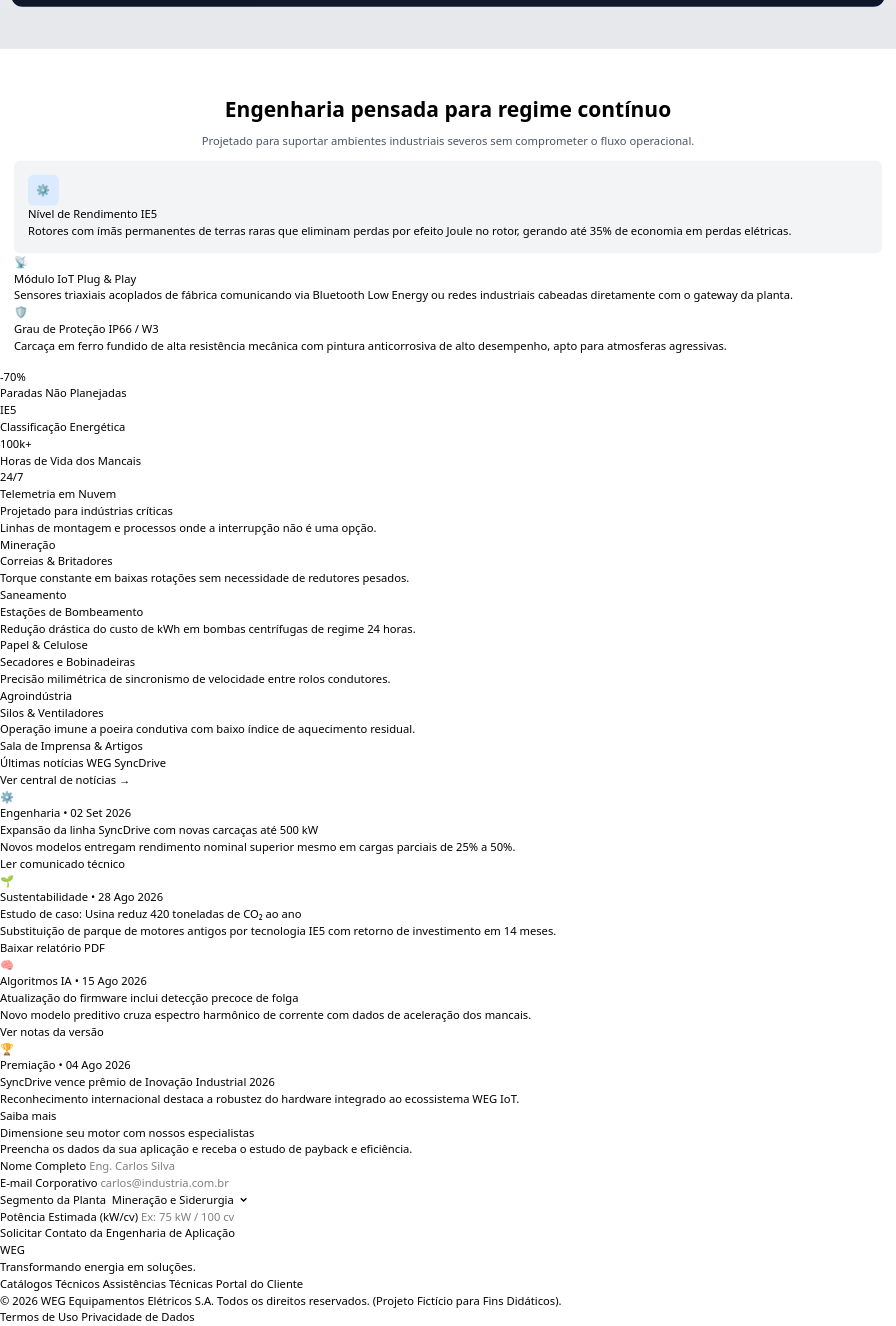
Repository: camilewng/Exercicio-Tailwind
Page: index.html
The author's editor kept a copy of each file at every save. The page is drawn from the files as they stood at one save, then again after a run of saves.
The browser window is 1280 px wide. The pictures show the part of the page from y = 934 to 2854 px (the page is 2828 px tall before and 2872 px after), at 70% of full size.

Above is the page before, as saved 2026-09-08 21:19:09.

### index.html
<!DOCTYPE html>
<html lang="pt-BR">
<head>
  <meta charset="UTF-8">
  <meta name="viewport" content="width=device-width, initial-scale=1.0">
  <title>WEG SyncDrive IoT - Exercício Tailwind CSS</title>
  <script src="https://cdn.jsdelivr.net/npm/@tailwindcss/browser@4"></script>
</head>
<body>

  <!-- ==========================================
       1. HEADER / NAVBAR
       Desafio:
       - Fixar no topo (sticky top-0) com fundo translúcido/blur.
       - Logo WEG em destaque com fundo azul industrial.
       - Menu oculto em telas pequenas e visível em lg:.
  =========================================== -->
  <header>
    <div class="flex flex-row justify-between border-b border-gray-300 mb-15">
      <div class="flex">
        <div class="bg-blue-600 text-white text-2xl font-black w-20 h-10 text-center pt-0.75 rounded-sm m-3">
          WEG
        </div>
        <div class="flex flex-col border-l-2 border-gray-300 h-10 pl-2 mt-3">
          <span class="font-bold">SyncDrive</span>
          <span class="text-blue-600 uppercase font-medium text-xs">Industrial IoT</span>
        </div>
      </div>

      <nav class="hidden">
        <a href="#solucao">A Solução</a>
        <a href="#recursos">Tecnologia</a>
        <a href="#metricas">Performance</a>
        <a href="#aplicacoes">Aplicações</a>
        <a href="#novidades">Notícias</a>
      </nav>

      <div class="flex">
        <a href="#contato" class="hidden">Falar com Consultor</a>
        <a href="#contato" class="bg-blue-600 text-white px-4 py-2 mr-3 mt-3 mb-3 rounded-sm font-medium">
          Especificar Motor
        </a>
      </div>
    </div>
  </header>

  <main >
    <!-- ==========================================
         2. HERO SECTION
         Desafio:
         - Layout em grid de 2 colunas no desktop (texto + painel de telemetria).
         - Centralizado no mobile, alinhado à esquerda em lg:.
         - Estilizar o card escuro de telemetria com badges e status.
    =========================================== -->
    <section id="solucao" class="bg-gradient-to-t from-gray-200 to-white pb-15" >
      <div>
      <div >
        <div>

          <!-- Coluna 1: Conteúdo Textual -->
          <div class="flex flex-col">
            <span class="bg-blue-50 border border-blue-300 uppercase text-sm text-blue-600
                         font-semibold p-1 px-3 rounded-4xl flex mx-11 mb-6">
              Indústria 4.0 & Manutenção Preditiva
            </span>
            <h1 class="font-black text-3xl text-center w-85 mx-8 mb-6 leading-9">WEG SyncDrive: Confiabilidade extrema com inteligência preditiva.</h1>
            <p class="text-gray-600 text-center mx-2 mb-6">
              O motor elétrico síncrono que combina rendimento ultra-premium (IE5), sensoriamento integrado de vibração e temperatura e conectividade instantânea com a nuvem WEG IoT.
            </p>
            <div class="flex flex-col">
              <a href="#contato" class="bg-blue-600 mx-4 text-white flex justify-center font-medium py-3 rounded-sm mb-3">
                Solicitar Folha de Dados
              </a>
              <a href="#recursos" class="border border-gray-300 text-gray-700 font-semibold flex justify-center mx-4 py-3 rounded-sm bg-white mb-10">
                Conhecer a Arquitetura
              </a>
            </div>
          </div>

          <!-- Coluna 2: Card de Telemetria IoT -->
          <div class="bg-slate-900 text-white mx-4 rounded-2xl p-7 ">
            <div>
              <div class="flex justify-between border-b border-gray-600 mb-3">
                <span class="text-blue-400 text-sm mb-4">NODE_ID: WEG-MTR-8842</span>
                <div>
                  <span></span>
                  <span class="flex text-sm text-gray-400">Online 60Hz</span>
                </div>
              </div>

              <div>
                <div class="bg-slate-800 p-3 rounded-lg mb-4">
                  <span  class="text-sm text-gray-400">Eficiência Energética</span>
                  <div class="font-bold text-2xl">96.8% <span class="text-green-300 font-normal text-sm">(Padrão IE5)</span></div>
                </div>

                <div class="flex flex-row gap-4">
                  <div class="bg-slate-800 p-4 rounded-lg mb-4">
                    <span class="text-gray-400 text-sm">Vibração RMS</span>
                    <div class="font-semibold text-xl pb-2 pr-5">0.82 mm/s</div>
                    <span class="text-green-300 text-xs">✓ Faixa Ideal ISO</span>
                  </div>
                  <div class="bg-slate-800 p-4 rounded-lg mb-4">
                    <span class="text-gray-400 text-sm" >Temp. Mancal</span>
                    <div class="font-semibold text-xl pr-13 pb-2">62.4 °C</div>
                    <span class="text-blue-400 text-xs">Normal (PT100)</span>
                  </div>
                </div>

                <div class="bg-blue-950 text-xs px-3 py-3 text-blue-200/90 rounded-lg border border-blue-500/30">
                  ⚡ Previsão de manutenção: operação normal pelos próximos 12 meses.
                </div>
              </div>
            </div>
          </div>

        </div>
      </div>
    </section>

    <!-- ==========================================
         3. RECURSOS / ESPECIFICAÇÕES TÉCNICAS
         Desafio:
         - Grid responsivo de 3 colunas (1 col mobile, 3 cols desktop).
         - Efeito hover nos cards com transição suave de borda ou sombra.
    =========================================== -->
    <section id="recursos" class="p-5">
      <div>
        <div>
          <h2 class="font-black text-3xl text-center mt-12 mb-4">Engenharia pensada para regime contínuo</h2>
          <p class="text-gray-600 text-center mb-4">Projetado para suportar ambientes industriais severos sem comprometer o fluxo operacional.</p>
        </div>

        <div>
          <article class="bg-gray-100 p-5 rounded-lg">
            <div class="flex justify-center items-center bg-blue-100 w-11 h-11 rounded-lg">⚙️</div>
            <h3>Nível de Rendimento IE5</h3>
            <p>Rotores com ímãs permanentes de terras raras que eliminam perdas por efeito Joule no rotor, gerando até 35% de economia em perdas elétricas.</p>
          </article>

          <article>
            <div>📡</div>
            <h3>Módulo IoT Plug & Play</h3>
            <p>Sensores triaxiais acoplados de fábrica comunicando via Bluetooth Low Energy ou redes industriais cabeadas diretamente com o gateway da planta.</p>
          </article>

          <article>
            <div>🛡️</div>
            <h3>Grau de Proteção IP66 / W3</h3>
            <p>Carcaça em ferro fundido de alta resistência mecânica com pintura anticorrosiva de alto desempenho, apto para atmosferas agressivas.</p>
          </article>
        </div>
      </div>
    </section>

    <!-- ==========================================
         4. MÉTRICAS / NÚMEROS INDUSTRIAIS
         Desafio:
         - Seção de alto contraste (fundo escuro slate-900).
         - Grid de 2 colunas no mobile e 4 colunas em telas maiores.
    =========================================== -->
    <section id="metricas">
      <div>
        <div>
          <div>
            <div>-70%</div>
            <div>Paradas Não Planejadas</div>
          </div>
          <div>
            <div>IE5</div>
            <div>Classificação Energética</div>
          </div>
          <div>
            <div>100k+</div>
            <div>Horas de Vida dos Mancais</div>
          </div>
          <div>
            <div>24/7</div>
            <div>Telemetria em Nuvem</div>
          </div>
        </div>
      </div>
    </section>

    <!-- ==========================================
         5. APLICAÇÕES INDUSTRIAIS
         Desafio:
         - Grid de 4 colunas adaptável (1 col mobile, 2 sm, 4 lg).
         - Uso de tags de categoria uppercase com tipografia reduzida.
    =========================================== -->
    <section id="aplicacoes">
      <div>
        <div>
          <h2>Projetado para indústrias críticas</h2>
          <p>Linhas de montagem e processos onde a interrupção não é uma opção.</p>
        </div>

        <div>
          <div>
            <span>Mineração</span>
            <h4>Correias & Britadores</h4>
            <p>Torque constante em baixas rotações sem necessidade de redutores pesados.</p>
          </div>

          <div>
            <span>Saneamento</span>
            <h4>Estações de Bombeamento</h4>
            <p>Redução drástica do custo de kWh em bombas centrífugas de regime 24 horas.</p>
          </div>

          <div>
            <span>Papel & Celulose</span>
            <h4>Secadores e Bobinadeiras</h4>
            <p>Precisão milimétrica de sincronismo de velocidade entre rolos condutores.</p>
          </div>

          <div>
            <span>Agroindústria</span>
            <h4>Silos & Ventiladores</h4>
            <p>Operação imune a poeira condutiva com baixo índice de aquecimento residual.</p>
          </div>
        </div>
      </div>
    </section>

    <!-- ==========================================
         6. NOVIDADES / NOTÍCIAS (4 ITENS)
         Desafio:
         - Cabeçalho com alinhamento justify-between.
         - 4 cards em grid: 1 col (mobile), 2 cols (md), 4 cols (lg).
         - Imagem/banner visual com gradiente em cada notícia.
         - Flexbox nos cards para fixar o link de leitura no rodapé.
    =========================================== -->
    <section id="novidades">
      <div>

        <div>
          <div>
            <span>Sala de Imprensa & Artigos</span>
            <h2>Últimas notícias WEG SyncDrive</h2>
          </div>
          <a href="#">Ver central de notícias →</a>
        </div>

        <div>
          <!-- Notícia 1 -->
          <article>
            <div>⚙️</div>
            <div>
              <div>
                <span>Engenharia</span>
                <span>•</span>
                <time>02 Set 2026</time>
              </div>
              <h3>
                <a href="#">Expansão da linha SyncDrive com novas carcaças até 500 kW</a>
              </h3>
              <p>Novos modelos entregam rendimento nominal superior mesmo em cargas parciais de 25% a 50%.</p>
              <a href="#">Ler comunicado técnico</a>
            </div>
          </article>

          <!-- Notícia 2 -->
          <article>
            <div>🌱</div>
            <div>
              <div>
                <span>Sustentabilidade</span>
                <span>•</span>
                <time>28 Ago 2026</time>
              </div>
              <h3>
                <a href="#">Estudo de caso: Usina reduz 420 toneladas de CO₂ ao ano</a>
              </h3>
              <p>Substituição de parque de motores antigos por tecnologia IE5 com retorno de investimento em 14 meses.</p>
              <a href="#">Baixar relatório PDF</a>
            </div>
          </article>

          <!-- Notícia 3 -->
          <article>
            <div>🧠</div>
            <div>
              <div>
                <span>Algoritmos IA</span>
                <span>•</span>
                <time>15 Ago 2026</time>
              </div>
              <h3>
                <a href="#">Atualização do firmware inclui detecção precoce de folga</a>
              </h3>
              <p>Novo modelo preditivo cruza espectro harmônico de corrente com dados de aceleração dos mancais.</p>
              <a href="#">Ver notas da versão</a>
            </div>
          </article>

          <!-- Notícia 4 -->
          <article>
            <div>🏆</div>
            <div>
              <div>
                <span>Premiação</span>
                <span>•</span>
                <time>04 Ago 2026</time>
              </div>
              <h3>
                <a href="#">SyncDrive vence prêmio de Inovação Industrial 2026</a>
              </h3>
              <p>Reconhecimento internacional destaca a robustez do hardware integrado ao ecossistema WEG IoT.</p>
              <a href="#">Saiba mais</a>
            </div>
          </article>
        </div>

      </div>
    </section>

    <!-- ==========================================
         7. FORMULÁRIO DE CONTATO / DIMENSIONAMENTO
         Desafio:
         - Inputs estilizados com focus rings.
         - Grid de formulário com campos em 2 colunas no desktop.
    =========================================== -->
    <section id="contato">
      <div>
        <div>
          <h2>Dimensione seu motor com nossos especialistas</h2>
          <p>Preencha os dados da sua aplicação e receba o estudo de payback e eficiência.</p>
        </div>

        <form>
          <div>
            <div>
              <label>Nome Completo</label>
              <input type="text" placeholder="Eng. Carlos Silva">
            </div>
            <div>
              <label>E-mail Corporativo</label>
              <input type="email" placeholder="carlos@industria.com.br">
            </div>
          </div>

          <div>
            <div>
              <label>Segmento da Planta</label>
              <select>
                <option>Mineração e Siderurgia</option>
                <option>Papel e Celulose</option>
                <option>Saneamento e Água</option>
                <option>Química e Petroquímica</option>
                <option>Alimentos e Bebidas</option>
              </select>
            </div>
            <div>
              <label>Potência Estimada (kW/cv)</label>
              <input type="text" placeholder="Ex: 75 kW / 100 cv">
            </div>
          </div>

          <button type="submit">Solicitar Contato da Engenharia de Aplicação</button>
        </form>
      </div>
    </section>
  </main>

  <!-- ==========================================
       8. RODAPÉ / FOOTER
       Desafio:
       - Layout corporativo com tipografia sutil.
       - Disposição em flexbox responsivo (colunas empilhadas no mobile, linha no desktop).
  =========================================== -->
  <footer>
    <div>
      <div>
        <div>
          <div>WEG</div>
          <span>Transformando energia em soluções.</span>
        </div>
        <div>
          <a href="#">Catálogos Técnicos</a>
          <a href="#">Assistências Técnicas</a>
          <a href="#">Portal do Cliente</a>
        </div>
      </div>
      <div>
        <p>© 2026 WEG Equipamentos Elétricos S.A. Todos os direitos reservados. (Projeto Fictício para Fins Didáticos).</p>
        <div>
          <a href="#">Termos de Uso</a>
          <a href="#">Privacidade de Dados</a>
        </div>
      </div>
    </div>
  </footer>

</body>
</html>

After the next 2 saves:
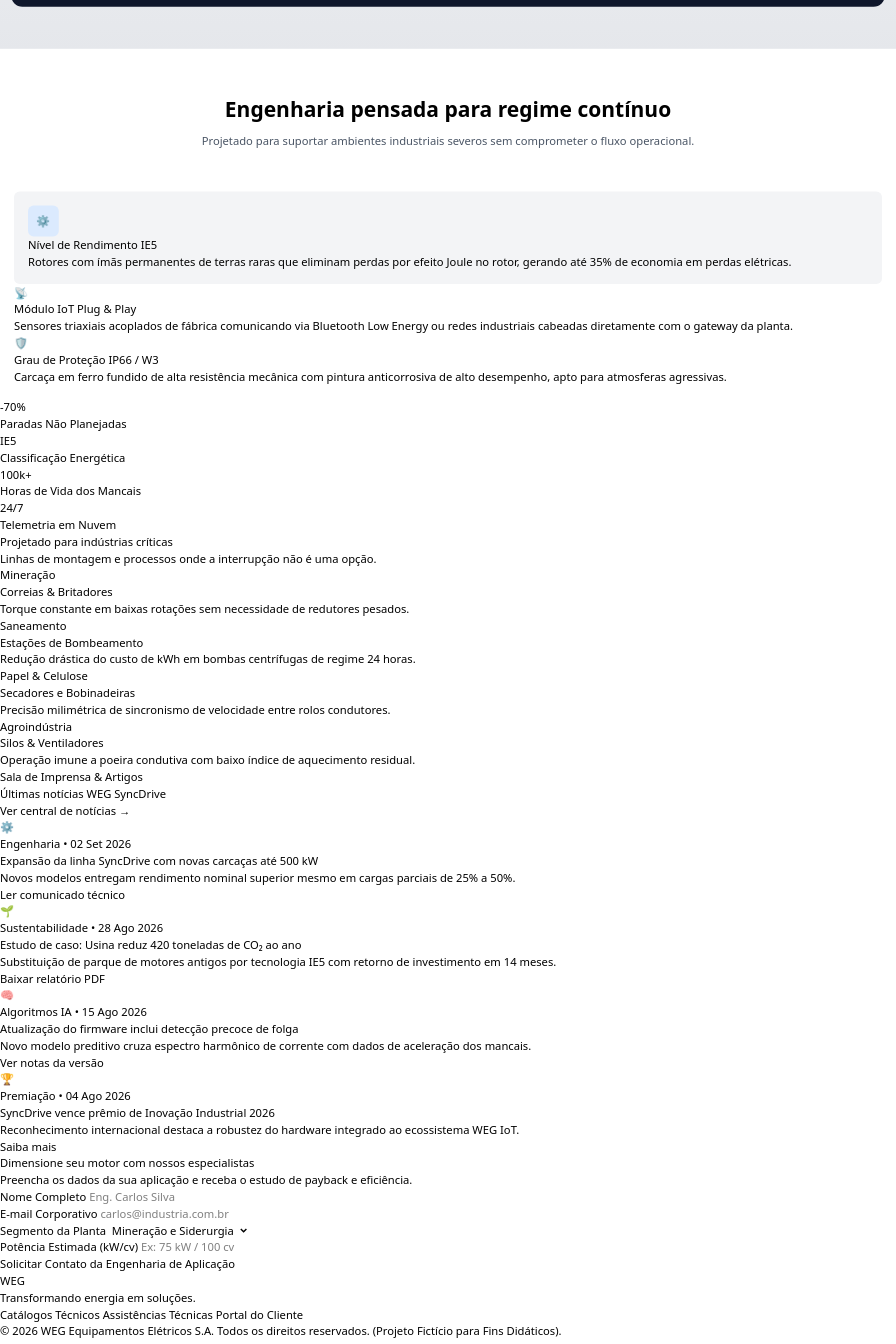
The 2 saves are shown as one change because they came seconds apart.
The last was saved 7 s later.
--- a/index.html
+++ b/index.html
@@ -128,7 +128,7 @@
       <div>
         <div>
           <h2 class="font-black text-3xl text-center mt-12 mb-4">Engenharia pensada para regime contínuo</h2>
-          <p class="text-gray-600 text-center mb-4">Projetado para suportar ambientes industriais severos sem comprometer o fluxo operacional.</p>
+          <p class="text-gray-600 text-center mb-15">Projetado para suportar ambientes industriais severos sem comprometer o fluxo operacional.</p>
         </div>
 
         <div>
